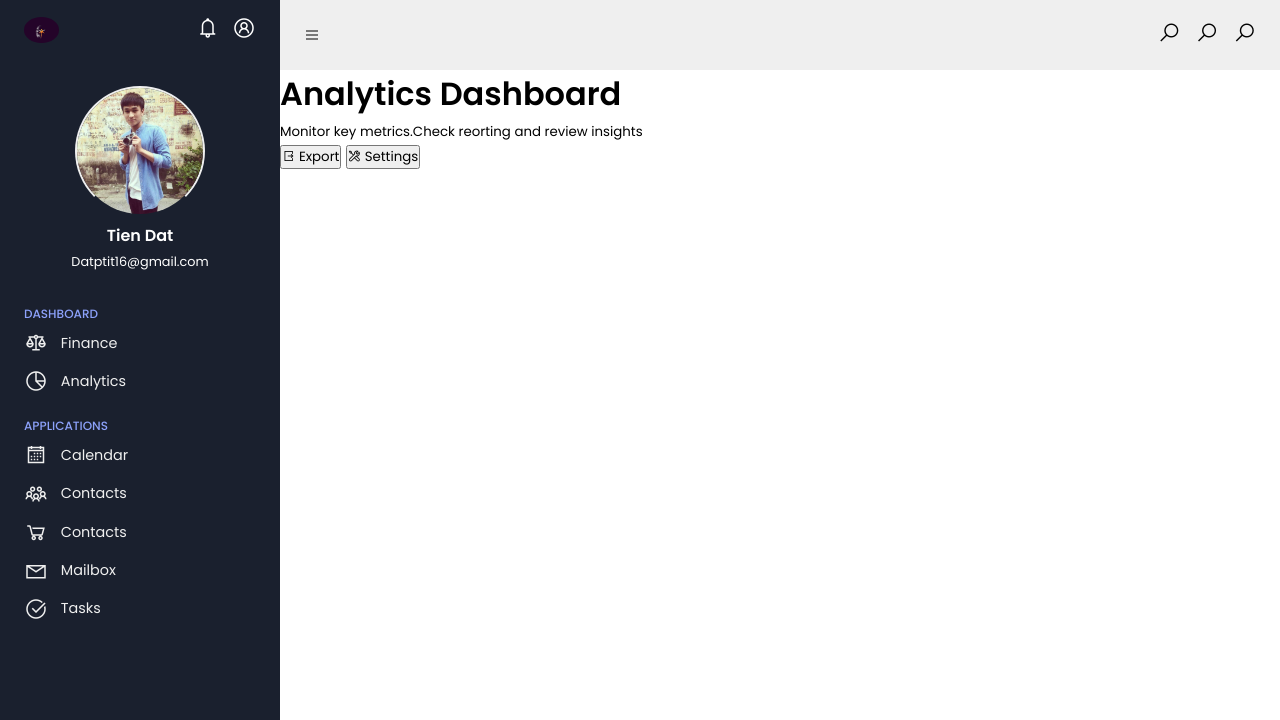
Repository: Datt21/dashboard-fe-project
Page: index.html
The author's editor kept a copy of each file at every save. The page is drawn from the files as they stood at one save, then again after the next save.
The browser window is 1280 px wide. The pictures show the whole page.

Above is the page before, as saved 2021-06-08 14:51:49.

After the next save:
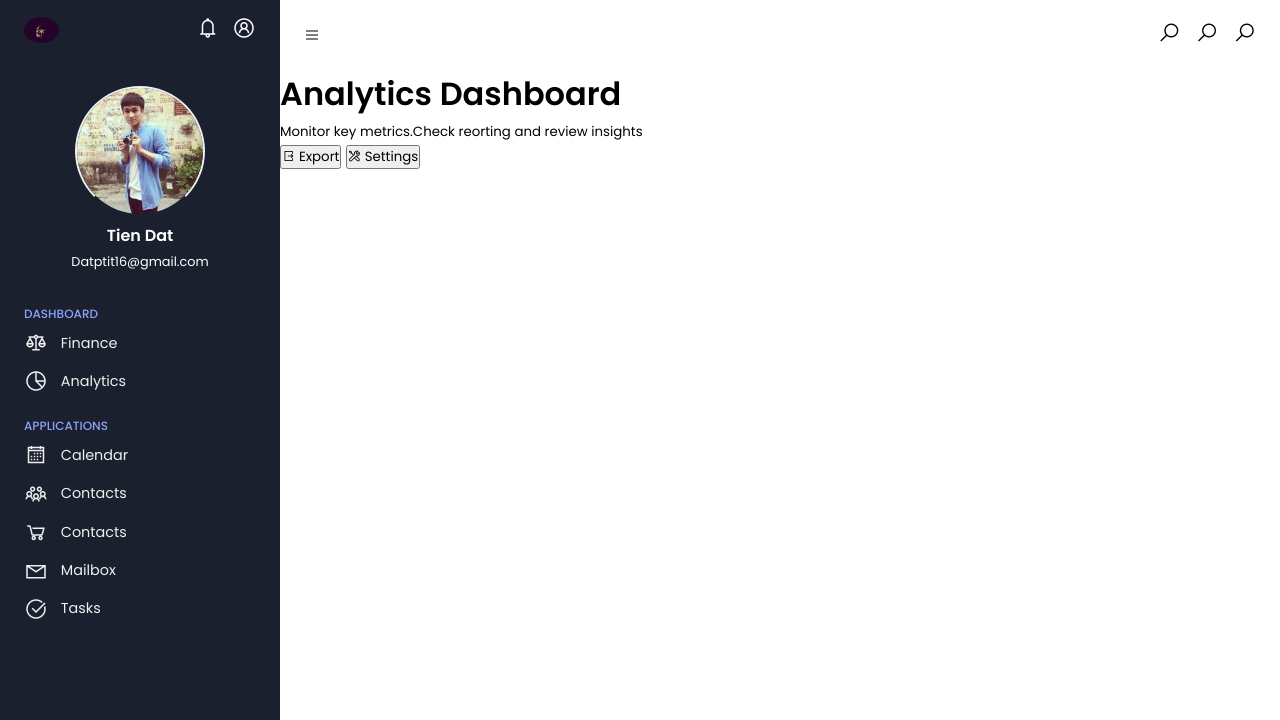
Saved 83 s later.
--- a/assets/css/style.css
+++ b/assets/css/style.css
@@ -110,7 +110,6 @@ header{
     display: flex;
     justify-content: space-between;
     align-items: center;
-    background: #efefef;
     padding: 1rem 1.5rem;
 }
 
